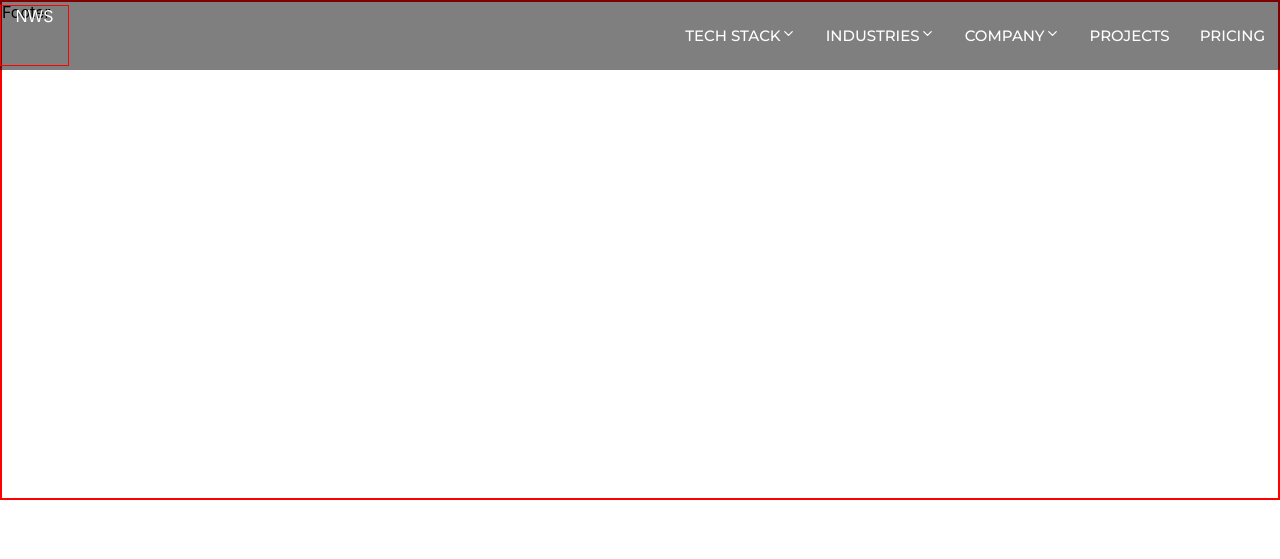
Repository: EdgarSargsyan2001/NWSlab21062022
Page: /
The author's editor kept a copy of each file at every save. The page is drawn from the files as they stood at one save, then again after a run of saves.
The browser window is 1280 px wide. The pictures show the whole page.
The project was rebuilt for these pictures with package versions that can differ from the ones it lists, and the page was loaded fresh each time.

Above is the page before, as saved 2022-06-23 11:37:11.

After the next 10 saves:
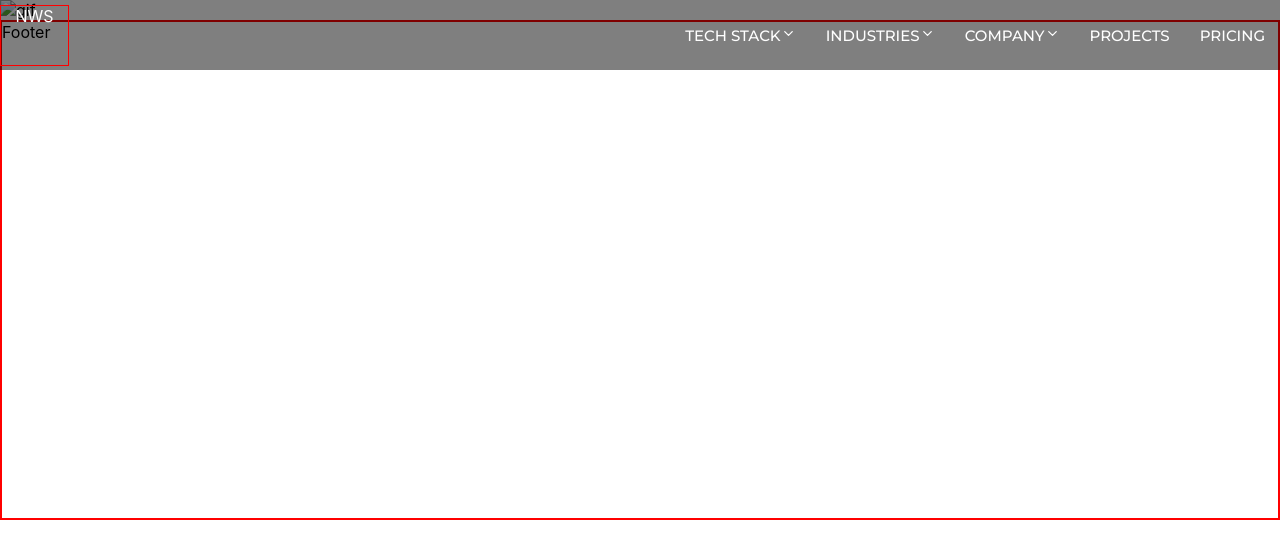
The 10 saves are shown as one change because 1 did not build or start and some came seconds apart.
The last was saved 44 s later.
--- a/src/Layouts/Header/Header.tsx
+++ b/src/Layouts/Header/Header.tsx
@@ -2,6 +2,7 @@
 import { ContainerStl, HeaderStl } from '../../style/headerStyle'
 import { FiChevronDown } from "react-icons/fi";
 import { VideoStyle } from '../../style/videoStyle';
+import VideoMain from '../../Components/VideoMain/VideoMain';
 
 
 function Header() {
@@ -28,10 +29,7 @@
 
         <div className='intro'>
           <ContainerStl>
-            <VideoStyle pa>
-
-
-            </VideoStyle>
+            <VideoMain path='../../'/>
           </ContainerStl>
         </div>
     </div>
